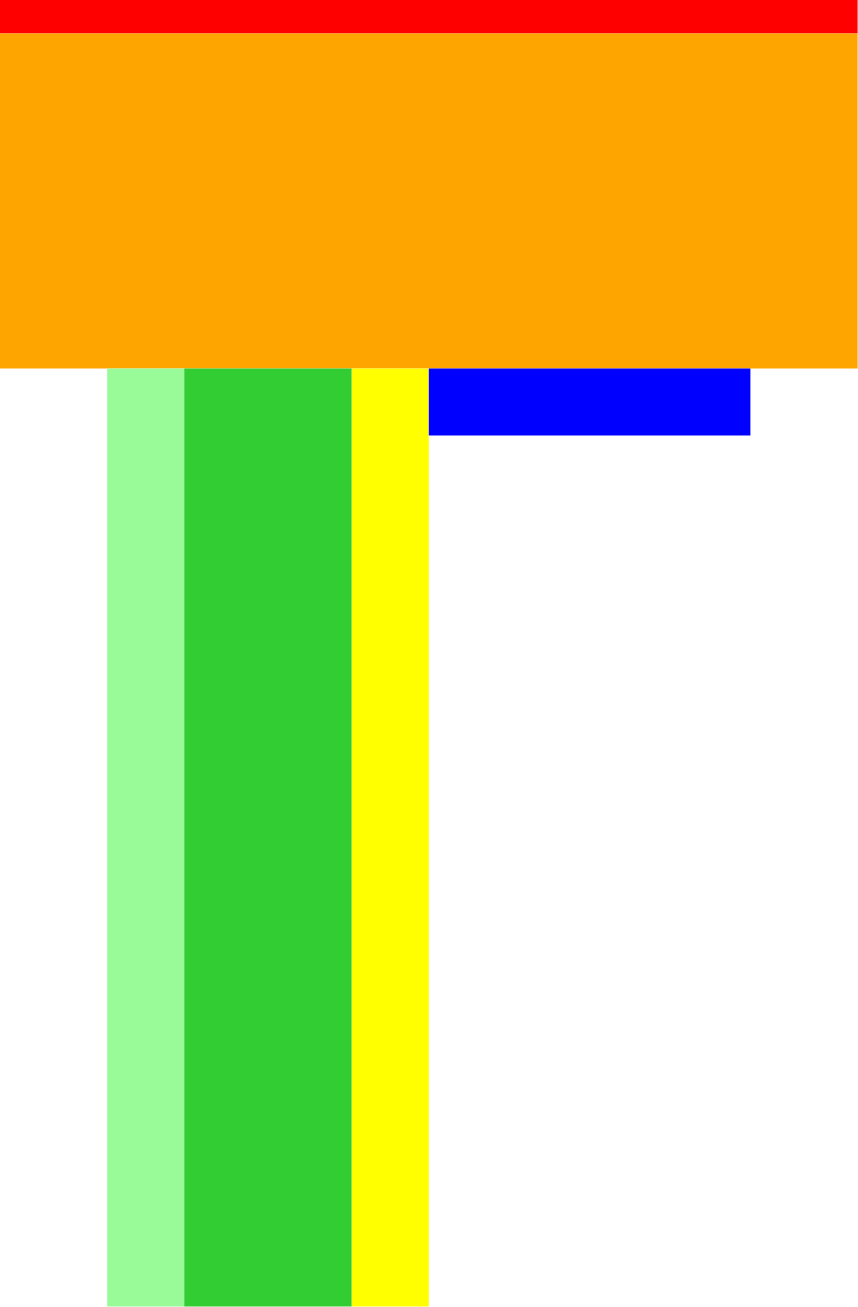
Repository: kk-um/advance1
Page: 演習/4.html
The author's editor kept a record of every edit. The page is drawn from the files as they stood at one moment, then again after the next edit.
The browser window is 1280 px wide. The pictures show the whole page, at 67% of full size.

Above is the page before.

After the next edit:
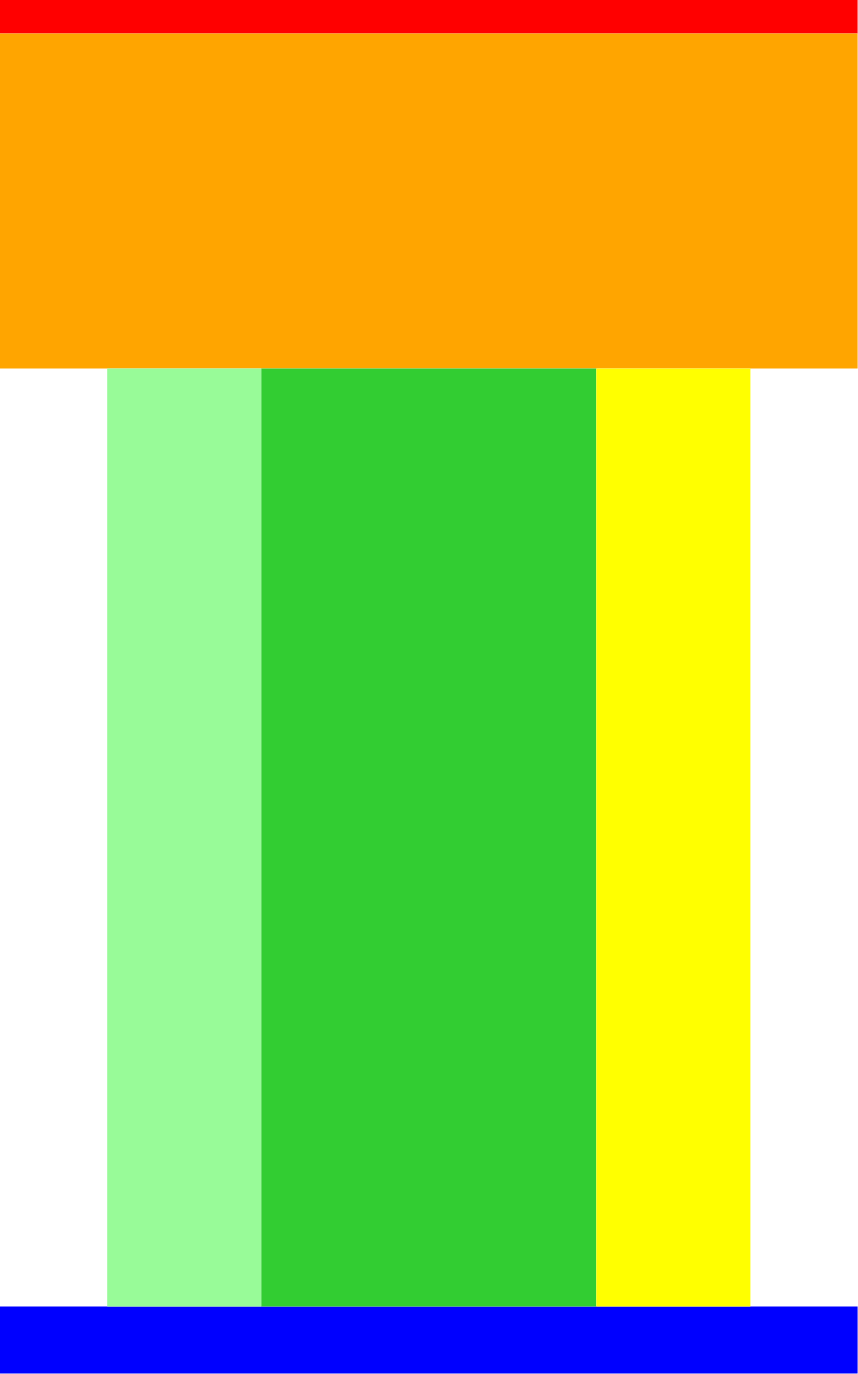
The edit:
--- a/演習/4.html
+++ b/演習/4.html
@@ -15,8 +15,8 @@
      <div class="sidebar-left"></div>
      <div class="blog"></div>
      <div class="sidebar-right"></div>
-
-    <div class=footer></div>
+    </div>
+    <div class="footer"></div>
   </body>
 
 </html>
